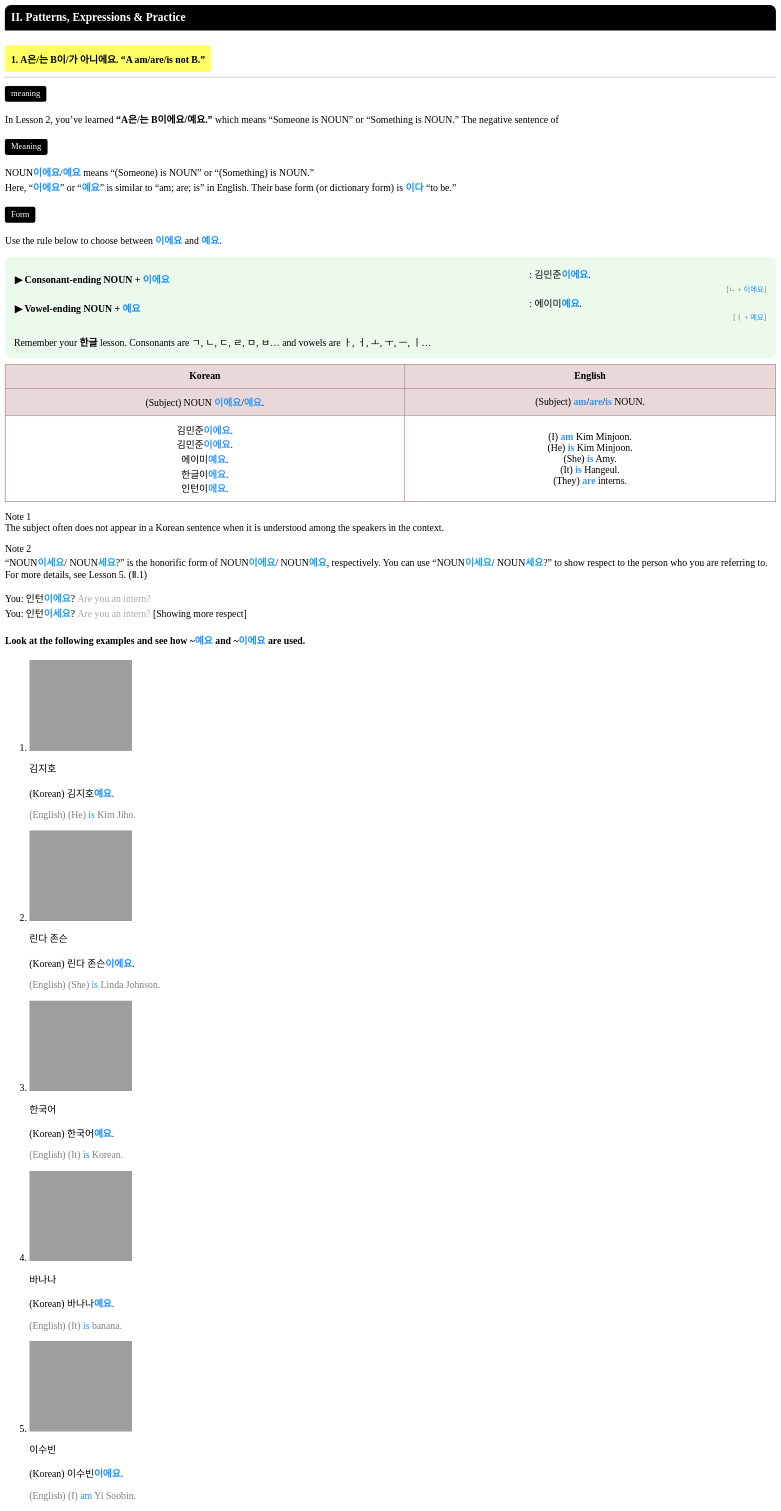
Repository: elliehong89/pineapple-content
Page: 1.anytimekorea/chap3/섹션6.html
The author's editor kept a copy of each file at every save. The page is drawn from the files as they stood at one save, then again after the next save.
The browser window is 1280 px wide. The pictures show the whole page, at 61% of full size.
Pictures or frames that could not be fetched are drawn as grey boxes.

Above is the page before, as saved 2025-02-19 18:09:21.

After the next save:
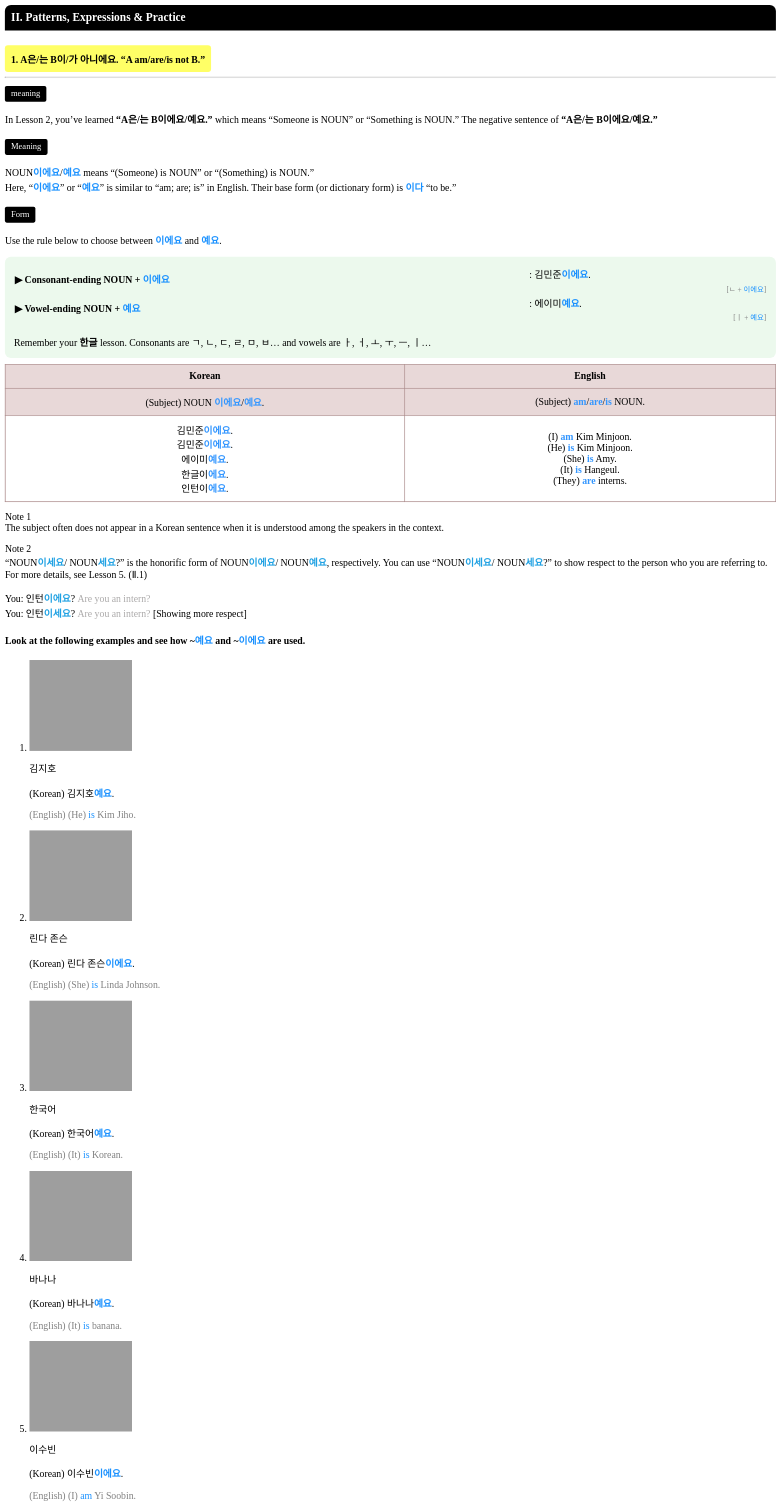
Saved 27 s later.
--- a/1.anytimekorea/chap3/섹션6.html
+++ b/1.anytimekorea/chap3/섹션6.html
@@ -12,6 +12,7 @@
     <span style="color: #000; font-weight: bold;">“A은/는 B이에요/예요.”</span>
     which means “Someone is NOUN” or “Something
     is NOUN.” The negative sentence of
+    <span style="color: #000; font-weight: bold;">“A은/는 B이에요/예요.”</span>
 </p>
 
 <div style="margin-top: 5px; background-color: black; color: white; display: inline-block; padding: 5px 10px; border-radius: 3px; font-size: 14px;">
